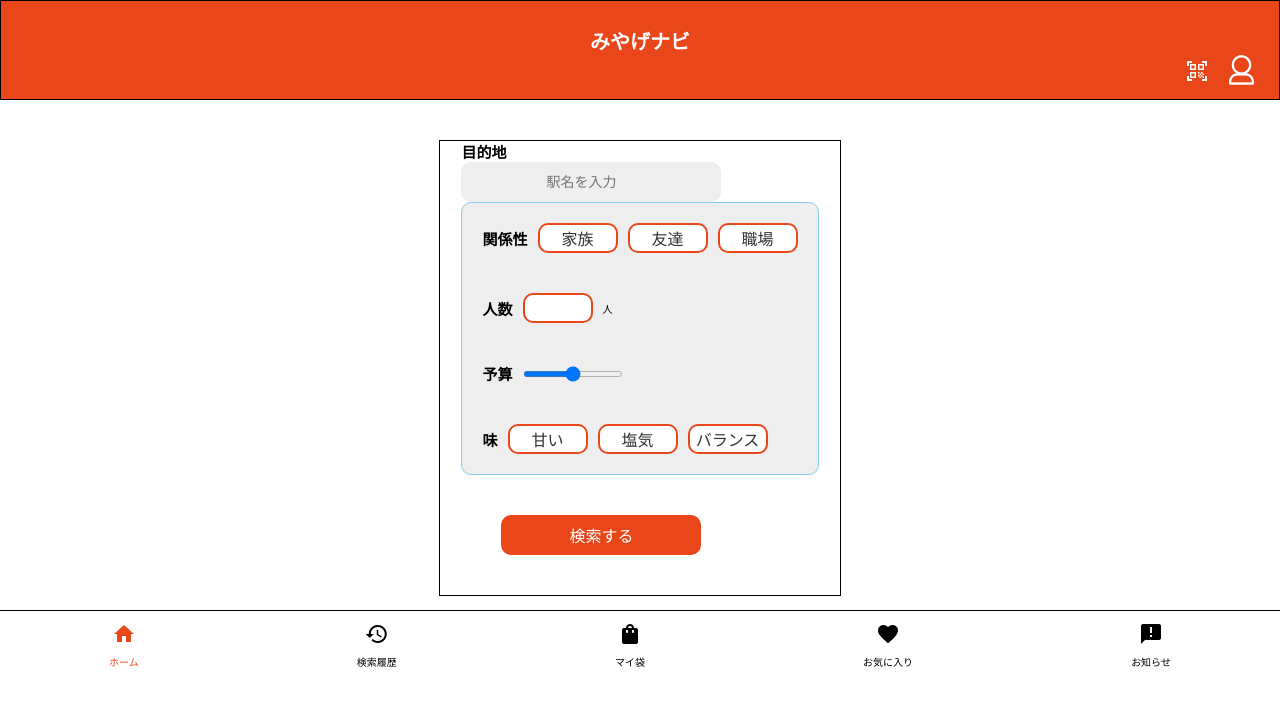
Repository: ama-ne2/miyage_nav
Page: index.html
The author's editor kept a copy of each file at every save. The page is drawn from the files as they stood at one save, then again after the next save.
The browser window is 1280 px wide. The pictures show the whole page.

Above is the page before, as saved 2026-02-06 10:31:50.

### index.html
<!DOCTYPE html>
<html lang="ja">
<head>
    <meta charset="utf-8">
    <meta name="viewport" content="width=device-width, initial-scale=1">
    <meta name="color-scheme" content="light dark">
    <meta name="format-detection" content="telephone=no">
    <meta name="description" content="ここに説明文を設定">
    <title>index</title>

    <!-- 共有用 OGP / X(Twitter) -->
    <meta property="og:site_name" content="サイト名">
    <meta property="og:title" content="サイトタイトル">
    <meta property="og:description" content="サイト説明文">
    <meta property="og:type" content="website">
    <meta property="og:url" content="https://hoge.ecc.com/">
    <meta property="og:image" content="https://hoge.ecc.com/ogp.png">
    <meta name="twitter:card" content="summary_large_image">
    <meta name="twitter:site" content="@twitteraccount">

    <!-- 正規URL -->
    <link rel="canonical" href="https://hoge.ecc.com/">

    <!-- アイコン（SVG優先、ICOフォールバック、Apple Touch） -->
    <link rel="icon" type="image/svg+xml" href="/favicon.svg">
    <link rel="alternate icon" href="/favicon.ico">
    <link rel="apple-touch-icon" href="/apple-touch-icon.png" sizes="180x180">

    <!-- テーマカラー（PWAでなくてもアドレスバー色に反映） -->
    <meta name="theme-color" content="#FFFFFF">

    <link rel="stylesheet" href="css/ress.css">
    <link rel="stylesheet" href="css/style.css">
    <link rel="stylesheet" href="css/index.css">
    <link href="https://fonts.googleapis.com/icon?family=Material+Icons" rel="stylesheet">

</head>
<body>
<div class="main_content">
    <header>
        <div class="header_wrap">
            <h1  class="header_title">みやげナビ</h1>
            <div class="header_icon_wrap">
            <span class="material-icons qr_mark">
                    qr_code_scanner
                </span>
                <p><img src="img/icon.png" alt="マイページのアイコン" class="mypage_icon"></p>
            </div>
        </div>
    </header>
    <main>
        <form action="result.html" method="get">
        <h2>目的地</h2><input type="text" placeholder="駅名を入力">
        <div class="keyword_wrap">
            <div class="keyword">
                <h2>関係性</h2>
                    <input type="radio" name="related" value="家族" id="family"> <label for="family">家族</label>
                    <input type="radio" name="related" value="友達" id="friend"> <label for="friend">友達</label>
                    <input type="radio" name="related" value="職場" id="office"> <label for="office">職場</label>
            </div>
            <div class="keyword">
                <h2>人数</h2> <input type="number" name="number"><p>人</p>
            </div>
            <div class="keyword">
                <h2>予算</h2>
                    <input type="range" name="range" id="range" min="0" max="10000">
            </div>
            <div class="keyword">
                <h2>味</h2>
                    <input type="radio" name="taste" value="甘い" id="sweet"> <label for="sweet">甘い</label>
                    <input type="radio" name="taste" value="塩気" id="salt"> <label for="salt">塩気</label>
                    <input type="radio" name="taste" value="バランス" id="balance"> <label for="balance">バランス</label>
            </div>
        </div>
        <button type="submit">検索する</button>
    </form>
    </main>
    <footer>
        <div class="footer_icon active">
            <span class="material-icons">
            home
            </span>
            <p>ホーム</p>
        </div>
        <div class="footer_icon">
            <span class="material-icons">
            history
            </span>
            <p>検索履歴</p>
        </div>
        <div class="footer_icon">
        <span class="material-icons">
        shopping_bag
        </span>
            <p>マイ袋</p>
        </div>
        <div class="footer_icon">
            <span class="material-icons">
            favorite
            </span>
            <p>お気に入り</p>
        </div>
        <div class="footer_icon">
            <span class="material-icons">
            announcement
            </span>
            <p>お知らせ</p>
        </div>
    </footer>
</div>
</body>
</html>

### css/ress.css

/* resset.dev • v5.0.2 */

/* # =================================================================
   # Global selectors
   # ================================================================= */

html {
  box-sizing: border-box;
  -webkit-text-size-adjust: 100%; /* Prevent adjustments of font size after orientation changes in iOS */
  word-break: normal;
  -moz-tab-size: 4;
  tab-size: 4;
}

*,
::before,
::after {
  background-repeat: no-repeat; /* Set `background-repeat: no-repeat` to all elements and pseudo elements */
  box-sizing: inherit;
}

::before,
::after {
  text-decoration: inherit; /* Inherit text-decoration and vertical align to ::before and ::after pseudo elements */
  vertical-align: inherit;
}

* {
  padding: 0; /* Reset `padding` and `margin` of all elements */
  margin: 0;
}

/* # =================================================================
   # General elements
   # ================================================================= */

hr {
  overflow: visible; /* Show the overflow in Edge and IE */
  height: 0; /* Add the correct box sizing in Firefox */
  color: inherit; /* Correct border color in Firefox. */
}

details,
main {
  display: block; /* Render the `main` element consistently in IE. */
}

summary {
  display: list-item; /* Add the correct display in all browsers */
}

small {
  font-size: 80%; /* Set font-size to 80% in `small` elements */
}

[hidden] {
  display: none; /* Add the correct display in IE */
}

abbr[title] {
  border-bottom: none; /* Remove the bottom border in Chrome 57 */
  /* Add the correct text decoration in Chrome, Edge, IE, Opera, and Safari */
  text-decoration: underline;
  text-decoration: underline dotted;
}

a {
  background-color: transparent; /* Remove the gray background on active links in IE 10 */
}

a:active,
a:hover {
  outline-width: 0; /* Remove the outline when hovering in all browsers */
}

code,
kbd,
pre,
samp {
  font-family: monospace, monospace; /* Specify the font family of code elements */
}

pre {
  font-size: 1em; /* Correct the odd `em` font sizing in all browsers */
}

b,
strong {
  font-weight: bolder; /* Add the correct font weight in Chrome, Edge, and Safari */
}

/* https://gist.github.com/unruthless/413930 */
sub,
sup {
  font-size: 75%;
  line-height: 0;
  position: relative;
  vertical-align: baseline;
}

sub {
  bottom: -0.25em;
}

sup {
  top: -0.5em;
}

table {
  border-color: inherit; /* Correct border color in all Chrome, Edge, and Safari. */
  text-indent: 0; /* Remove text indentation in Chrome, Edge, and Safari */
}

iframe {
  border-style: none;
}

/* # =================================================================
   # Forms
   # ================================================================= */

input {
  border-radius: 0;
}

[type='number']::-webkit-inner-spin-button,
[type='number']::-webkit-outer-spin-button {
  height: auto; /* Correct the cursor style of increment and decrement buttons in Chrome */
}

[type='search'] {
  -webkit-appearance: textfield; /* Correct the odd appearance in Chrome and Safari */
  outline-offset: -2px; /* Correct the outline style in Safari */
}

[type='search']::-webkit-search-decoration {
  -webkit-appearance: none; /* Remove the inner padding in Chrome and Safari on macOS */
}

textarea {
  overflow: auto; /* Internet Explorer 11+ */
  resize: vertical; /* Specify textarea resizability */
}

button,
input,
optgroup,
select,
textarea {
  font: inherit; /* Specify font inheritance of form elements */
}

optgroup {
  font-weight: bold; /* Restore the font weight unset by the previous rule */
}

button {
  overflow: visible; /* Address `overflow` set to `hidden` in IE 8/9/10/11 */
}

button,
select {
  text-transform: none; /* Firefox 40+, Internet Explorer 11- */
}

/* Apply cursor pointer to button elements */
button,
[type='button'],
[type='reset'],
[type='submit'],
[role='button'] {
  cursor: pointer;
}

/* Remove inner padding and border in Firefox 4+ */
button::-moz-focus-inner,
[type='button']::-moz-focus-inner,
[type='reset']::-moz-focus-inner,
[type='submit']::-moz-focus-inner {
  border-style: none;
  padding: 0;
}

/* Replace focus style removed in the border reset above */
button:-moz-focusring,
[type='button']::-moz-focus-inner,
[type='reset']::-moz-focus-inner,
[type='submit']::-moz-focus-inner {
  outline: 1px dotted ButtonText;
}

button,
html [type='button'], /* Prevent a WebKit bug where (2) destroys native `audio` and `video`controls in Android 4 */
[type='reset'],
[type='submit'] {
  -webkit-appearance: button; /* Correct the inability to style clickable types in iOS */
}

/* Remove the default button styling in all browsers */
button,
input,
select,
textarea {
  background-color: transparent;
  border-style: none;
}

a:focus,
button:focus,
input:focus,
select:focus,
textarea:focus {
  outline-width: 0;
}

/* Style select like a standard input */
select {
  -moz-appearance: none; /* Firefox 36+ */
  -webkit-appearance: none; /* Chrome 41+ */
}

select::-ms-expand {
  display: none; /* Internet Explorer 11+ */
}

select::-ms-value {
  color: currentColor; /* Internet Explorer 11+ */
}

legend {
  border: 0; /* Correct `color` not being inherited in IE 8/9/10/11 */
  color: inherit; /* Correct the color inheritance from `fieldset` elements in IE */
  display: table; /* Correct the text wrapping in Edge and IE */
  max-width: 100%; /* Correct the text wrapping in Edge and IE */
  white-space: normal; /* Correct the text wrapping in Edge and IE */
  max-width: 100%; /* Correct the text wrapping in Edge 18- and IE */
}

::-webkit-file-upload-button {
  /* Correct the inability to style clickable types in iOS and Safari */
  -webkit-appearance: button;
  color: inherit;
  font: inherit; /* Change font properties to `inherit` in Chrome and Safari */
}

/* Replace pointer cursor in disabled elements */
[disabled] {
  cursor: default;
}

/* # =================================================================
   # Specify media element style
   # ================================================================= */

img {
  border-style: none; /* Remove border when inside `a` element in IE 8/9/10 */
}

/* Add the correct vertical alignment in Chrome, Firefox, and Opera */
progress {
  vertical-align: baseline;
}

/* # =================================================================
   # Accessibility
   # ================================================================= */

/* Specify the progress cursor of updating elements */
[aria-busy='true'] {
  cursor: progress;
}

/* Specify the pointer cursor of trigger elements */
[aria-controls] {
  cursor: pointer;
}

/* Specify the unstyled cursor of disabled, not-editable, or otherwise inoperable elements */
[aria-disabled='true'] {
  cursor: default;
}

### css/style.css
html{
    font-size: 62.5%;
}

html , body{
    width: 100%;
    height: 100%;
    font-family: "Hiragino Kaku Gothic Pro" , sans-serif;
    display: flex;
    justify-content: center;
    /* background-image: url("../img/miyage_nav_logo.png");
    background-repeat: repeat; */
}
.main_content{
    width: 402px;
}

header{
    width: 100%;
    height: 100px;
    background-color: #E94619;
    position: fixed;
    top: 0;
    left: 0;
    .header_wrap{
        border: 1px solid #000;
        display: flex;
        flex-direction: column;
        justify-content: end;
        margin-top: auto;
        height: 100%;
    }
    .header_title{
        display: flex;
        color: #fff;
        justify-content: center;
    }
    .qr_mark{
        color: #fff;
    }
    .header_icon_wrap{
        /* border: 1px solid #000; */
        display: flex;
        justify-content: end;
        align-items: center;
        margin-right: 25px;
        margin-bottom: 12px;
        gap: 20px;
    }
}
main{
    overflow: scroll;
    border: #000 solid 1px;
}
footer{
    position: fixed;
    bottom: 0;
    left: 0;
    display: flex;
    justify-content: space-around;
    width: 100vw;
    height: 110px;
    border-top: #000 solid 1px;

/* footerのアイコンたち */
    .footer_icon{
        display: flex;
        flex-direction: column;
        align-items: center;
        gap: 8px;
        margin-top: 11px;
        &.active{
            color: #E94619;
        }
    }
}

### css/index.css

/* mainを真ん中に */
main{
    display: flex;
    justify-content: center;
    margin-top: 140px;
}

/* 目的地 */
input[type="text"]{
    background-color: #EEE;
    width: 260px;
    height: 40px;
    border-radius: 10px;
    font-size: 1.4rem;
    padding-left: 85px;
}

/* ラジオボタンの丸を無くす */
input[type="radio"]{
    background-color: tomato;
    display: none;
}

/* ラジオボタンの見た目 */
input[type="radio"] + label{
    color: #333;
    background-color: #fff;
    border: solid 2px #E94619;
    display: flex;
    justify-content: center;
    align-items: center;
    border-radius: 10px;
    font-size: 1.6rem;
    width: 80px;
    height: 30px;
    /* font-weight: bold; */
    /* margin-left: 8px; */
}

/* ラジオボタンを押した時 */
input[type="radio"]:checked + label{
    color: #fff;
    background-color: #E94619;
}

/* 人数 */
input[type="number"]{
    border: #E94619 solid 2px;
    background-color: #fff;
    border-radius: 10px;
    width: 70px;
    height: 30px;
}

/* レンジスライダー */
input[type="range"]{
    /* -webkit-appearance: none; */
    width: 100px;
    height: 6px;
    /* background: linear-gradient(
        to right,
        #E94619 0%,
        #E94619 30%,
        #ccc 30%,
        #ccc 100%
    ); */
    border-radius: 5px;
}
input[type="range"]::-webkit-slider-thumb{
    -webkit-appearance: none;
    width: 18px;
    height: 18px;
    background: #E94619;
    border-radius: 50%;
    cursor: pointer;
}

/* キーワード全体 */
.keyword_wrap{
    border: skyblue 1px solid;
    background-color: #EEE;
    border-radius: 10px;
}


/* キーワードひとつずつ */
.keyword{
    /* border: #333 solid 1px; */
    display: flex;
    align-items: center;
    justify-content: start;
    padding: 20px;
    gap: 10px;

}

/* 検索するボタン */
button[type="submit"]{
    width: 200px;
    height: 40px;
    background-color: #E94619;
    color: #fff;
    font-size: 1.6rem;
    border-radius: 10px;
    margin: 40px ;
}

After the next save:
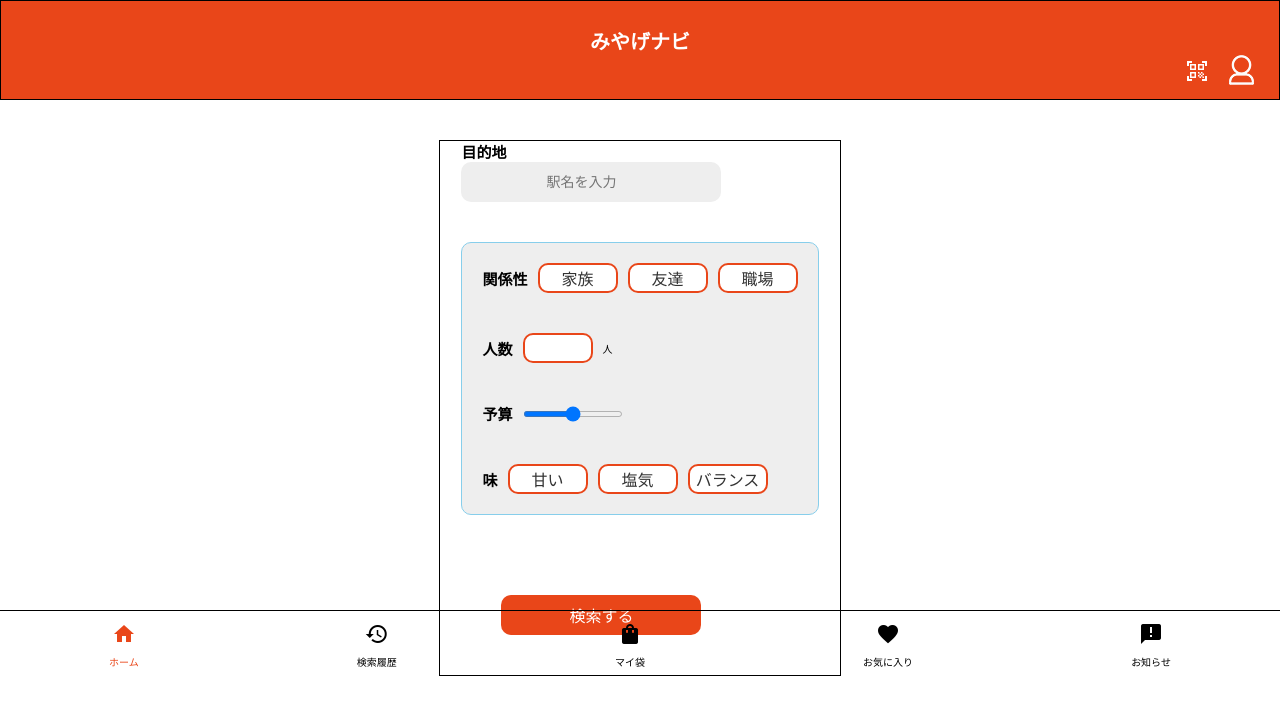
Saved 19 s later.
--- a/css/index.css
+++ b/css/index.css
@@ -81,6 +81,7 @@ input[type="range"]::-webkit-slider-thumb{
     border: skyblue 1px solid;
     background-color: #EEE;
     border-radius: 10px;
+    margin: 40px auto;
 }
 
 
